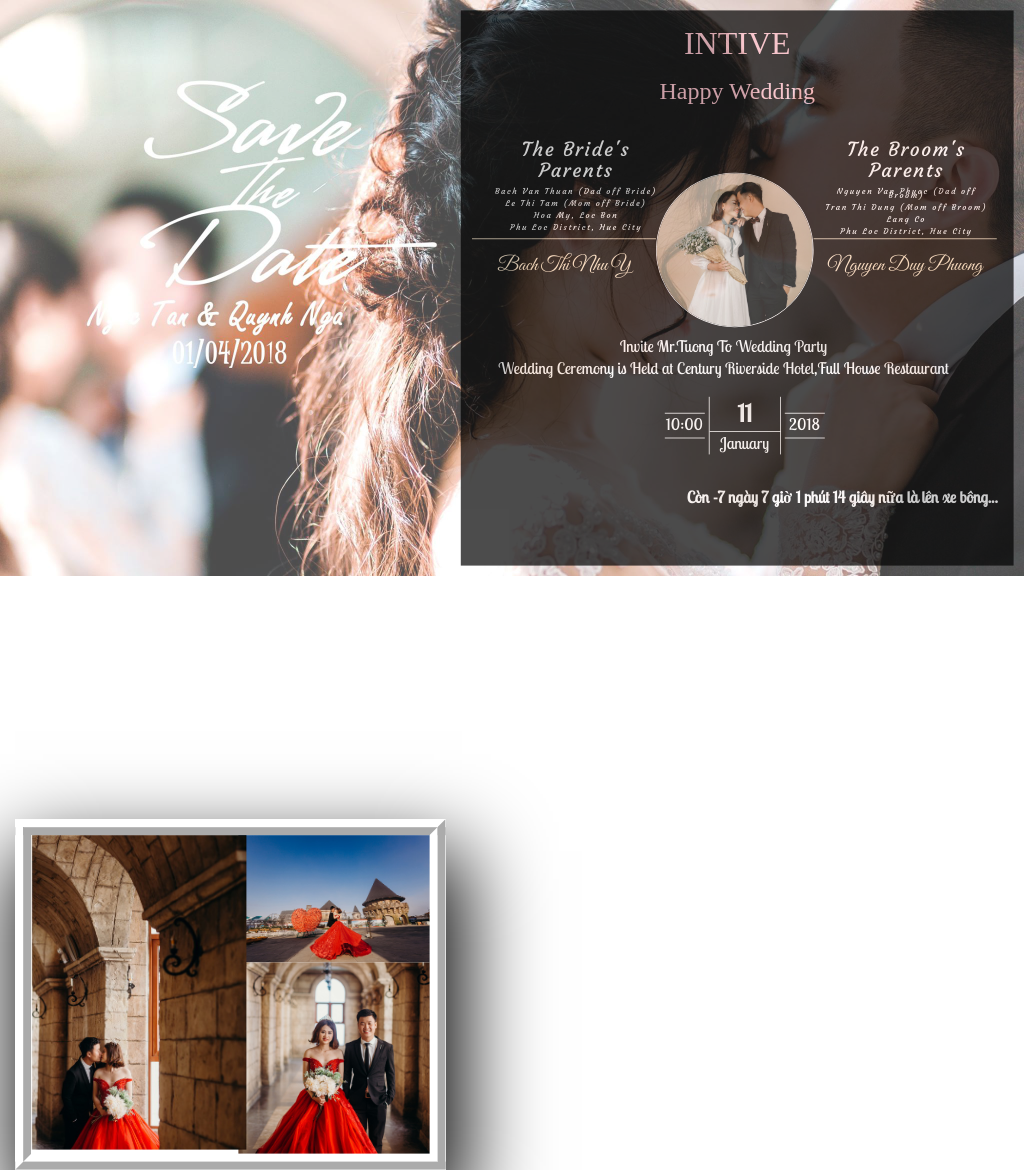
Repository: nguyenhuutuong999/WeddingOfSister
Page: index.html
These files come from the project's save history. The page is drawn as it stood at one moment and after the next save; the edit follows.
The browser window is 1280 px wide. The pictures show the whole page, at 80% of full size.
Some web fonts or font styles are not loaded; a fallback is used.

Above is the page before, as saved 2019-09-17 17:03:39.

### index.html
<!doctype html>
<html>

<head>
    <meta charset="utf-8">
    <meta name="viewport" content="width=device-width, initial-scale=1">
    <title>Wedding</title>

    <!-- Latest compiled and minified CSS & JS -->

    <link rel="stylesheet" href="./style.css">


    <!-- Latest compiled and minified CSS & JS -->
    <link rel="stylesheet" media="screen" href="//netdna.bootstrapcdn.com/bootstrap/3.3.4/css/bootstrap.min.css">
    <script src="//code.jquery.com/jquery.js"></script>
    <script src="//netdna.bootstrapcdn.com/bootstrap/3.3.4/js/bootstrap.min.js"></script>

    <link rel="stylesheet" href="./animate.css">
    <script type="text/javascript" src="./wow.min.js"></script>
    <script>
        new WOW().init();
    </script>

</head>


<body>
    <div id="container">
        <div id="opacity-background"></div>

        <div id="album">
                <img id = "vh" name="image_vh" src="./images/vh1.jpg" class="wow fadeInLeft" data-wow-duration="1s">
                <img id = "hh" name="image_hh" src="./images/hh1.jpg" class="wow fadeInRight" data-wow-duration="1s">
            <img id = "s" name="image_s" src="./images/s1.jpg" class="wow fadeInUp" data-wow-duration="1s">
        </div>
        <div id="content">
            <h1 id="invite">INTIVE</h1>
            <h2 id="happy">Happy Wedding</h2>
            <div id="infor">
                <div id="bride" class="wedding">
                    <!-- // <label>Le Thi Thanh Ngan</label> -->
                    <h3>The Bride's Parents</h3>
                    <p>Bach Van Thuan (Dad off Bride)</p>
                    <p>Le Thi Tam (Mom off Bride)</p>
                    <p>Hoa My, Loc Bon</p>
                    <p>Phu Loc District, Hue City</p>

                </div>
                <div id="broom" class="wedding">
                    <!--  -->
                    <h3>The Broom's Parents</h3>
                    <p>Nguyen Van Phuoc (Dad off Broom)</p>
                    <p>Tran Thi Dung (Mom off Broom)</p>
                    <p>Lang Co</p>
                    <p>Phu Loc District, Hue City</p>

                </div>
                <!-- <canvas id="myCanvas" width="470" height="300"></canvas> -->

            </div>
            <div id="colorful">
                <h2 style="margin-left: 0px;" class="name">Bach Thi Nhu Y</h2>
                <img name="image_s" id="radius" src="./images/s1.jpg" class="wow zoomIn" data-wow-duration="1s" />
                <h2 style="margin-left: 0px;" class="name">Nguyen Duy Phuong</h2>
            </div>
            <div id="desc">
                <div style="color: white; position: relative; margin-top: 44%;">Invite Mr.Tuong To Wedding Party</div>
                <div id="place">Wedding Ceremony is Held at Century Riverside Hotel,Full House Restaurant</div>
                <div id="time">
                    <div id="hour" class="border1">10:00</div>
                    <div id="day-month">
                        <div id="day">11</div>
                        <div id="month">January</div>
                    </div>
                    <div id="year" class="border1">2018</div>
                </div>

            </div>
            <p id="countDown"></p>
        </div>

</body>

</html>
<script type="text/javascript">
    window.onload = function () {

        setTimeout("switchImageVH()", 3000);
        setTimeout("switchImageS()", 3000);
        setTimeout("switchImageHH()", 3000);
    }
    var current_vh = 1;
    var num_image_vh = 7;

    var current_s = 1;
    var num_image_s = 7

    var current_hh = 1;
    var num_image_hh = 7;

    function switchImageVH() {
        current_vh++;
        document.images['image_vh'].src = './images/vh' + current_vh + '.jpg';

        if (current_vh < num_image_vh) {
            setTimeout("switchImageVH()", 3000);

        } else if (current_vh == num_image_vh) {

            current_vh = 1;
            setTimeout("switchImageVH()", 3000);
        }


    }
    function switchImageS() {
        current_s++;
        document.images['image_s'].src = './images/s' + current_s + '.jpg';

        if (current_s < num_image_s) {
            setTimeout("switchImageS()", 3000);

        } else if (current_s == num_image_s) {
            current_s = 1;
            setTimeout("switchImageS()", 3000);
        }
    }
    function switchImageHH() {
        current_hh++;
        document.images['image_hh'].src = './images/hh' + current_hh + '.jpg';

        if (current_hh < num_image_s) {
            setTimeout("switchImageHH()", 3000);

        } else if (current_hh == num_image_s) {
            current_hh = 1;
            setTimeout("switchImageHH()", 3000);
        }
    }


    var dateWedding = {

        date: 10,
        hour: 23,
        minutes: 59,
        second: 59,
    }

    setInterval(function () {
        var today = new Date();
        var date = "Còn " + (dateWedding.date - today.getDate()) + " ngày " + (dateWedding.hour - today.getHours()) + " giờ " + (dateWedding.minutes - today.getMinutes()) + " phút " + (dateWedding.second - today.getSeconds() + " giây nữa là lên xe bông...");
        document.getElementById("countDown").innerHTML = date;
    }, 1000);



    // var canvas = document.getElementById('myCanvas');
    // var context = canvas.getContext('2d');

    // // Xác đinh tâm là trọng tâm của Canvas
    // var x = canvas.width / 2;
    // var y = canvas.height / 2;

    // // bán kính 75px
    // var radius = 130;

    // // Góc bắt đầu là 1.1PI
    // var startAngle = 1.1 * Math.PI;

    // // Góc kết thúc là 1.9PI
    // var endAngle = 1.9 * Math.PI;

    // // Cùng chiều kim đồng hồ
    // var counterClockwise = false;

    // // Vẽ đường cung
    // context.beginPath();
    // context.arc(x, y, radius, startAngle, endAngle, counterClockwise);
    // context.lineWidth = 1.5;

    // // line color
    // context.strokeStyle = 'blanchedalmond';
    // context.stroke();


</script>

### style.css
@import url('https://fonts.googleapis.com/css?family=Great+Vibes&display=swap');
@import url('https://fonts.googleapis.com/css?family=Cookie&display=swap');
@import url('https://fonts.googleapis.com/css?family=Courgette&display=swap');
@import url('https://fonts.googleapis.com/css?family=Berkshire+Swash|Great+Vibes&display=swap');
@import url('https://fonts.googleapis.com/css?family=Lobster+Two&display=swap');
body,html{
    top:0;
    margin: 0;
    padding: 0;
    font-family: Impact, Haettenschweiler, 'Arial Narrow Bold', sans-serif;
    width: 100%;
    height: 100%;
}

#container{
    display: flex;
    background-image: url("./images/wedding6.jpg.png");
    background-repeat: repeat;
    background-size: cover;
    width: 100%;
    height: 100%;
    position: relative;
}
#opacity-background{

    position: absolute;
    top: 0;
    left: 0;
    width: 100%;
    height: 100%;
    background:white;
    opacity: 0.3;

}

#content{

    position: relative;
    background: rgb(0, 0, 0);
    opacity: 0.7;
    width: 59%;
    float: left;
    margin: 1% 1% 1% 45%;

}
#album {
    margin: 80% 1.5% 0 1.5%;
    width: 42%;
    position: absolute;
    box-shadow: 10px 50px 100px 10px black;
    border: 20px ridge #ffffff;
}

#vh{
    width: 54%;
    position: absolute;

}
#hh{
    width: 48%;
    margin-left: 52%;

}
#s{
    width: 48%;
    margin-left: 52%;

}


#invite{
    font-family: 'Berkshire Swash', cursive;
    color: pink;
    text-align: center;
    font-size: 40px;
}
#happy{
    font-family: 'Berkshire Swash', cursive;
    color: pink;
    text-align: center;
}
#infor{
    color: white;
    font-family: 'Courgette', cursive;
    font-size: 10px;
    display: flex;
    position: absolute;
    padding: 2% 4%;
    width: 100%;
}
.wedding{
    width: calc(100%/2);
    letter-spacing: 2px;
    text-align: center;
    line-height: 5px;
}
#colorful{
    color: white;
    font-family: 'Great Vibes', cursive;
    display: flex;
    margin-top: 0px;
    position: absolute;
    text-align: center;
    width: 95%;
    align-items: center;
    margin-top: 11%;
    margin-left: 2%;

}
.name{
    border-style: solid;
    border-width: 1px 0 0 0;
    padding:  20px 0;
    margin-top: 50px;
    color: blanchedalmond;
    width: 35%;
    font-size: 25px;
}
#radius{
    border-radius: 100%;
    border: solid 1.5px white;
    width: 30%;
}

#desc{
    position: relative;
    color: white;
    font-family: 'Lobster Two', cursive;
    font-size: 20px;
    margin-top: 00%;
    text-align: center;
    width: 95%;
}



#time{
    display: flex;
    position: relative;
    width: 40%;
    margin-left: 38%;
}
#hour{
    margin: 40px 5px;
}

#year{

    margin: 40px 5px;
}
.border1{
    border-style: solid;
    border-width: 0.1px 0;
    width: 50px;
}
#day-month{
    border-style: solid;
    border-width: 0 1.5px;
    width: 90px;
    margin: 20px 0;
}
#day{
    border-style: solid;
    border-width: 0 0 1px 0;
    width: 89px;

    font-size: 30px;
    font-weight: bold;
}
/* #myCanvas{
    position: absolute;
    margin-top: 110px;
    margin-left: 185px;


} */

#bride{
    margin-left: 10px;
}
#broom{
    margin-left: 200px;
}
#countDown{
    position: relative;
    font-family: 'Lobster Two', cursive;
    color: white;
    text-align: right;
    font-size: 20px;
    font-weight: bold;
    margin-top: 0%;

    padding: 20px;
}

@media only screen and (max-width: 600px) {

    #container{
        display: inline-block;
        background-image: url("./images/wedding5.jpg");
        background-repeat: repeat;
        background-size: cover;
        width: 100%;
        height: 100%;
        position: relative;
    }
    #invite{

        margin-top: 0px;
        padding: 5px;
        font-size: 1em;
    }
    #happy{
        font-size: 0.8em;
        margin-top: -10px;
    }
    #infor{
        margin-top: -30px;
        font-size: 5px;
        padding: 5px 10px;
    }
    .wedding h3{
        font-size: 10px;
    }
    .wedding{
        width: calc(100%);
        letter-spacing: 0.5px;
        font-size: 6px;
        line-height: 0.5px;
    }

    #bride{
        margin-left: 0px;
    }
    #broom{
        margin-left: 70px;
    }
    #colorful{
        width: 95%;
        margin-top: 5%;
        margin-left: 2%;

    }
    .name{
        padding:  10px 0;
        font-size: 12px;
    }
    #radius{
        border: solid 0.5px white;
    }

    #desc{
        position: relative;
        color: white;
        font-family: 'Lobster Two', cursive;
        font-size: 10px;
        margin-top: 30%;
        text-align: center;
        width: 95%;
    }

    #time{
        display: flex;
        position: relative;
        width: 40%;
        margin-left: 35%;
        margin-top: -30px;
        font-size: 7px;
    }
    #hour{
        margin: 45px 5px;
        width: 20%;
    }

    #year{
        width: 20%;
        margin: 45px 5px;
    }

    #day-month{
        border-width: 0 1px;
        width: 40px;
        margin: 35px 0;
    }
    #day{
        width: 100%;
        font-size: 10px;

    }
    #countDown{

        font-size: 8px;
        margin-top: -5%;
    padding: 5px;

    }
    #content{

        position: relative;
        background: rgb(0, 0, 0);
        opacity: 0.7;
        width: 92%;
        margin: 4%;

    }
    #album {
        margin: 4%;
        width: 92%;
        position: absolute;
        margin-top: 80%;
        box-shadow: 10px 50px 100px 10px black;
        border: 15px ridge #ffffff;
    }

    #vh{
        width: 53%;

        position: absolute;

    }
    #hh{
        width: 48%;

        margin-left: 52%;

    }
    #s{
        width: 48%;
        margin-left: 52%;

    }


  }

/* @media only screen and (max-width: 600px) {
    #invite{
        margin-top: 5px;
        font-size: 1em;
    }
    #happy{
        font-size: 0.8em;
        margin-top: -10px;
    }
    #infor{
        margin-top: -30px;
        font-size: 5px;
        padding: 5px 10px;
    }
    .wedding h3{
        font-size: 8px;
    }
    .wedding{
        width: calc(100%);
        letter-spacing: 0.5px;
        font-size:5px;
        line-height: 0.5px;
    }
    #album img{

        width: 90%;
        box-shadow: 10px 50px 100px 10px black;
    }
    #bride{
        margin-left: 0px;
    }
    #broom{
        margin-left: 70px;
    }
    #colorful{
        width: 95%;
        margin-top: 5px;
        margin-left: 2%;

    }
    .name{
        padding:  10px 0;
        font-size: 10px;
    }
    #radius{
        border: solid 0.5px white;
    }

    #desc{
        position: relative;
        color: white;
        font-family: 'Lobster Two', cursive;
        font-size: 5px;
        margin-top: 30%;
        text-align: center;
        width: 95%;
    }

    #time{
        display: flex;
        position: relative;
        width: 40%;
        margin-left: 32%;
        margin-top: -30px;
        font-size: 7px;
    }
    #hour{
        margin: 45px 5px;
    }

    #year{

        margin: 45px 5px;
    }

    #day-month{
        border-width: 0 1px;
        width: 90px;
        margin: 35px 0;
    }
    #day{
        width: 100%;
        font-size: 10px;

    }
    #countDown{

        font-size: 8px;
        margin-top: -18%;

    }#content{

        position: relative;
        background: rgb(0, 0, 0);
        opacity: 0.7;
        width: 61%;
        margin: 4% 1px 0% 0;

    }
    #album {
        width: 30%;
        position: relative;
        margin: 4% 1% 4% 4%;
    }
    #album img{

        width: 95%;
        box-shadow: 10px 50px 100px 10px black;
    }
  } */

Loaded but not shown: animate.css (library); wow.min.js (library)

After the next save:
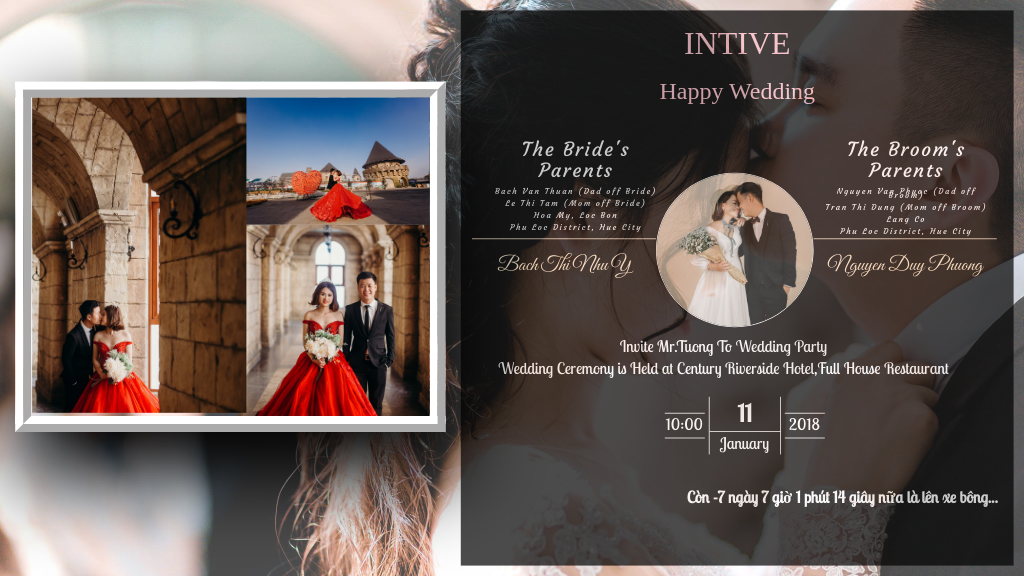
Saved 9 s later.
--- a/style.css
+++ b/style.css
@@ -44,7 +44,7 @@ body,html{
 
 }
 #album {
-    margin: 80% 1.5% 0 1.5%;
+    margin: 8% 1.5% 0 1.5%;
     width: 42%;
     position: absolute;
     box-shadow: 10px 50px 100px 10px black;
